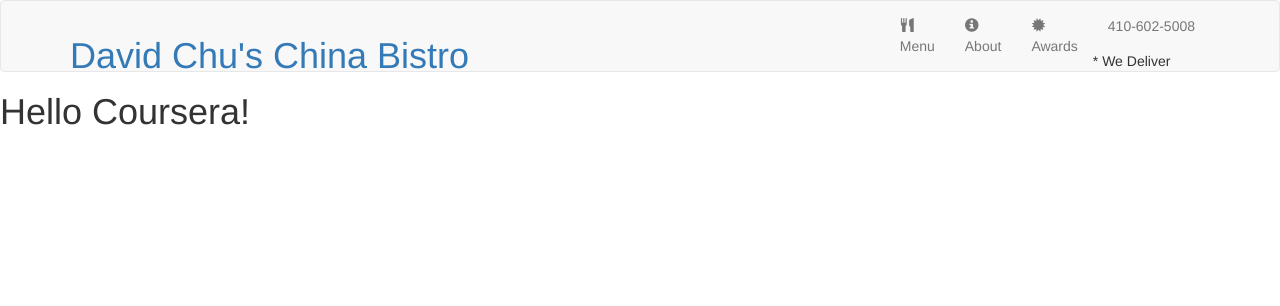
Repository: Cynthia-woo/coursera_frontend_JHU
Page: module3-solution/index.html
An editor plug-in stored every save of this project. The page is shown before and after the next save, followed by the edit.
The browser window is 1280 px wide. The pictures show the whole page.

Above is the page before, as saved 2024-04-20 02:16:11.

After the next save:
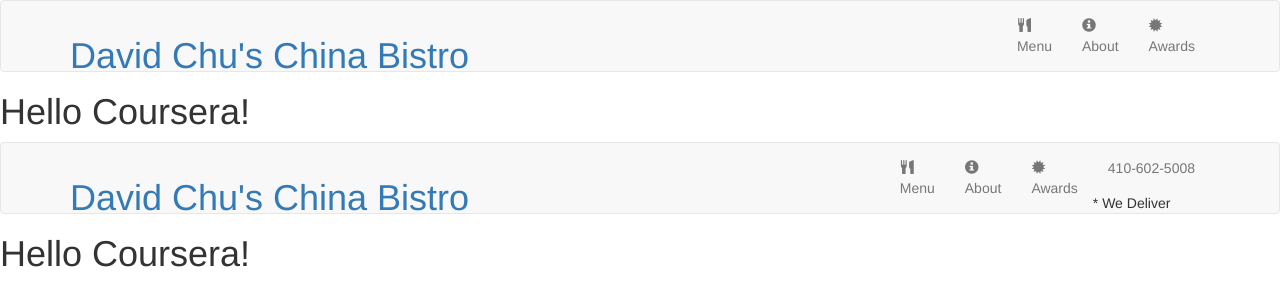
Saved 26 s later.
--- a/module3-solution/index.html
+++ b/module3-solution/index.html
@@ -1,3 +1,70 @@
+<!doctype html>
+<html lang="en">
+  <head>
+    <meta charset="utf-8">
+    <meta http-equiv="X-UA-Compatible" content="IE=edge">
+    <meta name="viewport" content="width=device-width, initial-scale=1">
+
+    <!-- HTML5 shim and Respond.js for IE8 support of HTML5 elements and media queries -->
+    <!-- WARNING: Respond.js doesn't work if you view the page via file:// -->
+    <!--[if lt IE 9]>
+      <script src="https://oss.maxcdn.com/html5shiv/3.7.2/html5shiv.min.js"></script>
+      <script src="https://oss.maxcdn.com/respond/1.4.2/respond.min.js"></script>
+    <![endif]-->
+
+    <title>Bootstrap Starter Page</title>
+    <link rel="stylesheet" href="css/bootstrap.min.css">
+    <link rel="stylesheet" href="css/styles.css">
+  </head>
+<body>
+    <header>
+        <nav id="header-nav" class="navbar navbar-default">
+          <div class="container">
+            <div class="navbar-header">
+              <a href="index.html" class="pull-left visible-md visible-lg">
+                <div id="logo-img"></div>
+              </a>
+
+              <div class="navbar-brand">
+                <a href="index.html"><h1>David Chu's China Bistro</h1></a>
+              </div>
+
+              <button type="button" class="navbar-toggle collapsed" data-toggle="collapse" data-target="#collapsable-nav" aria-expanded="false">
+                <span class="sr-only">Toggle navigation</span>
+                <span class="icon-bar"></span>
+                <span class="icon-bar"></span>
+                <span class="icon-bar"></span>
+              </button>
+            </div>
+
+            <div id="collapsable-nav" class="collapse navbar-collapse">
+               <ul id="nav-list" class="nav navbar-nav navbar-right">
+                <li>
+                  <a href="menu-categories.html">
+                    <span class="glyphicon glyphicon-cutlery"></span><br class="hidden-xs"> Menu</a>
+                </li>
+                <li>
+                  <a href="#">
+                    <span class="glyphicon glyphicon-info-sign"></span><br class="hidden-xs"> About</a>
+                </li>
+                <li>
+                  <a href="#">
+                    <span class="glyphicon glyphicon-certificate"></span><br class="hidden-xs"> Awards</a>
+                </li>
+              </ul><!-- #nav-list -->
+            </div><!-- .collapse .navbar-collapse -->
+          </div><!-- .container -->
+        </nav><!-- #header-nav -->
+      </header>
+
+  <h1>Hello Coursera!</h1>
+
+  <!-- jQuery (Bootstrap JS plugins depend on it) -->
+  <script src="js/jquery-1.11.3.min.js"></script>
+  <script src="js/bootstrap.min.js"></script>
+  <script src="js/script.js"></script>
+</body>
+</html>
 <!doctype html>
 <html lang="en">
   <head>
